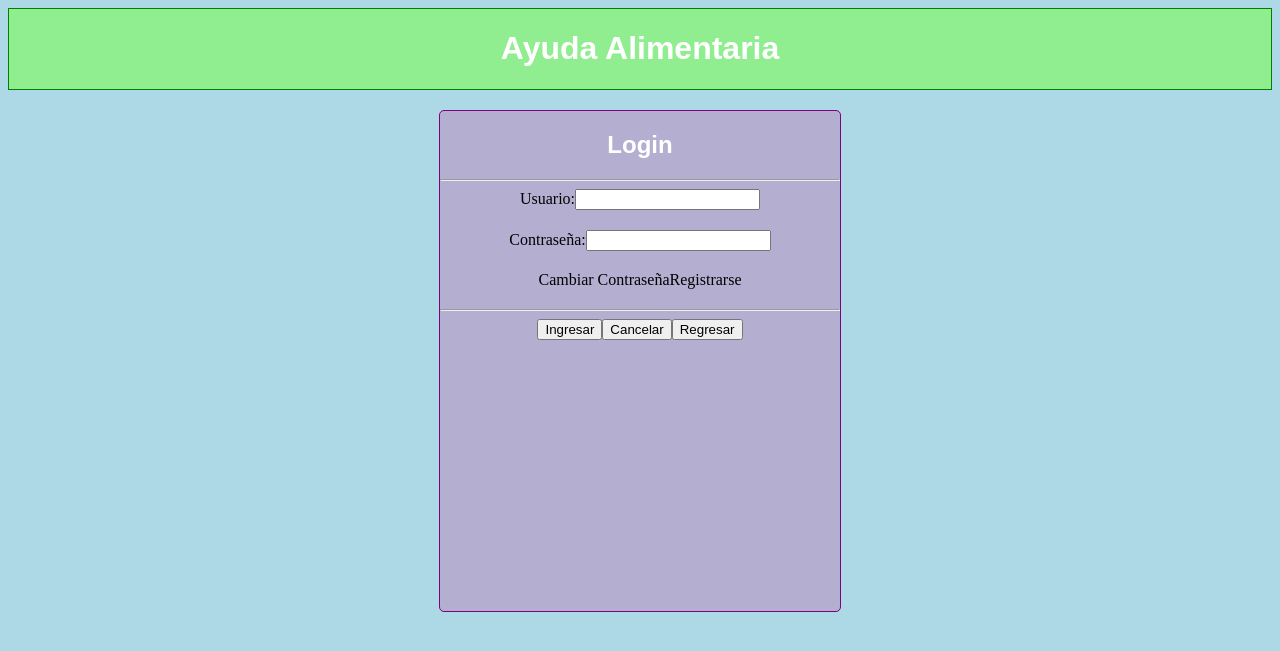
Repository: sonicspeed1/examen1_codigo_bryansantillan
Page: http://localhost/examen_1_bryan_santillan/Login.jsp
These files come from the project's save history. The page is drawn as it stood at one moment and after the next save; the edit follows.
The browser window is 1280 px wide. The pictures show the whole page.
The page is served by Tomcat 9.

Above is the page before, as saved 2024-05-25 16:55:27.

After the next save:
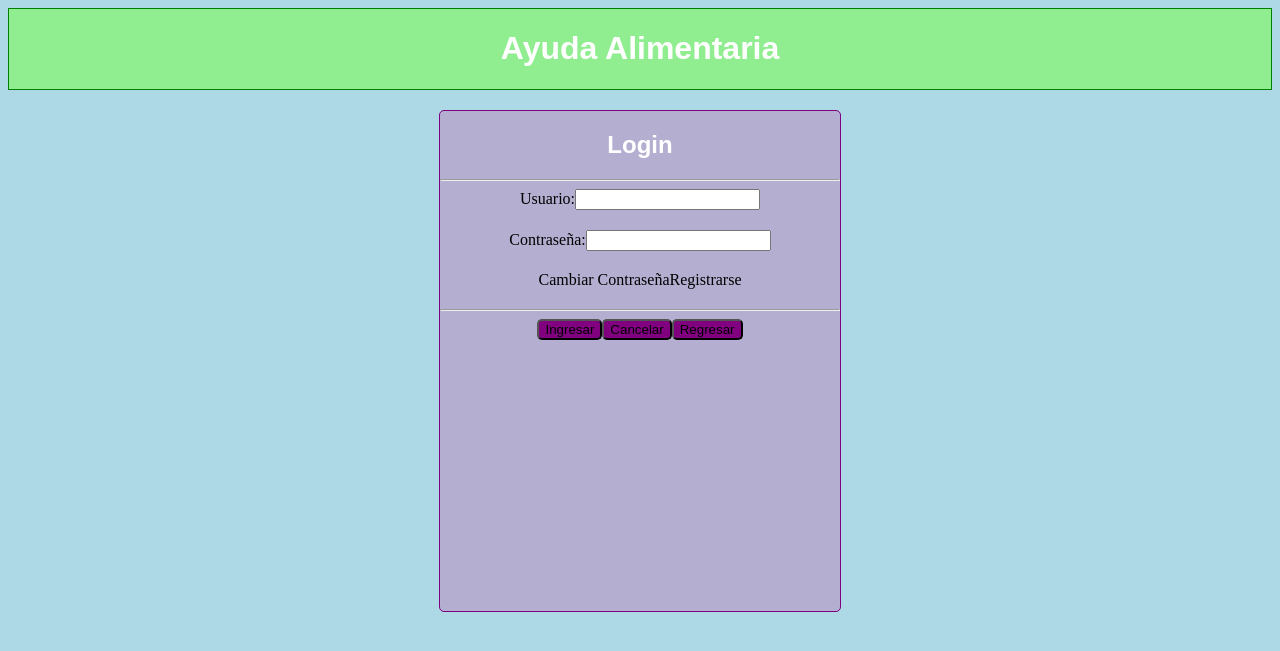
Saved 1 s later.
--- a/examen_1_bryan_santillan/src/main/webapp/estilo.css
+++ b/examen_1_bryan_santillan/src/main/webapp/estilo.css
@@ -61,5 +61,6 @@
     margin-bottom: 20px;
 }
 .button{
-
+	background-color: purple;
+	border-radius: 5px;
 }
